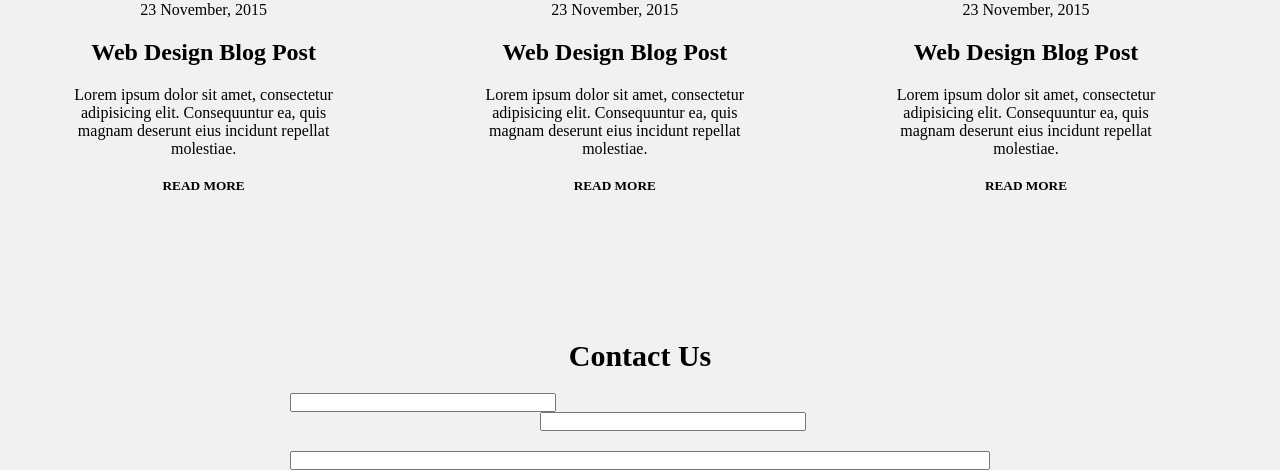
Repository: Ahmedalid/New-project
Page: Rout/index.html
The author's editor kept a copy of each file at every save. The page is drawn from the files as they stood at one save, then again after the next save.
The browser window is 1280 px wide. The pictures show the part of the page from y = 3461 to 3931 px (the page is 3931 px tall before and 3912 px after).
A picture or video elsewhere on the page could not be fetched, so the positions and the page height are approximate.

Above is the page before, as saved 2023-05-24 19:49:16.

### Rout/index.html
<!DOCTYPE html>
<html lang="en">

<head>
    <meta charset="UTF-8">
    <meta http-equiv="X-UA-Compatible" content="IE=edge">
    <meta name="viewport" content="width=device-width, initial-scale=1.0">
    <link rel="stylesheet" href="https://cdnjs.cloudflare.com/ajax/libs/font-awesome/6.4.0/css/all.min.css">
    <link rel="stylesheet" href="css/style.css">
    <title>Document</title>
</head>

<body>
    <div class="bg-img" style="background-image: url(img/slider-02.jpg);">

        <div class="container pt">
            <div class="header-nav logo-nav">
                <h2>Fokir</h2>
            </div>
            <div class="header-nav">
                <ul>
                    <li><span class="nav-home">Home</span></li>
                    <li>About</li>
                    <li>Services </li>
                    <li>Portfolio</li>
                    <li>Testimonial</li>
                    <li>Blog </li>
                    <li>Contact</li>


                </ul>

            </div>
        </div>
        <div class="auto container">
            <h4 class="mt">Hello i'm</h4>
            <h1 class="mt">ALEX SMITH</h1>
            <p class="mt">Professional Web DesignerDesignerDeveloper</p>
        </div>

    </div>
    <div class="section-mt">
        <div class="section-2 container ">
            <div class="element-1">
                <span>
                    <img src="img/work-7.jpg" alt="Work-7">
                </span>
            </div>
            <div class="element-1">
                <h1><span>I</span>HELLO,</h1>
                <p class="mt">
                    Lorem ipsum dolor sit amet, consectetur adipisicing elit, sed do eiusmod tempor incididunt ut labore
                    et dolore magna aliqua. Ut enim ad minim veniam, quis nostrud exercitation ullamco laboris nisi ut
                    aliquip ex ea commodo consequat. Duis aute irure dolor in reprehenderit in voluptate velit esse
                    cillum dolore eu fugiat nulla pariatur. Excepteur sint occaecat cupidatat non proident, sunt in
                    culpa qui officia deserunt mollit anim id est laborum.
                </p>
                <div class="mt border"> </div>
                <div class="Name mt">
                    <div class="mt">Name: Rdam smith</div>
                    <div class="mt">Age: 26 Year</div>
                    <div class="mt">Freelance: Available</div>
                </div>
                <div class="Name mt">
                    <div class="mt">Job Title: UI/UX Designe</div>
                    <div class="mt">Location: United States, US</div>
                    <div class="mt">E-mail: example@gmail.com</div>
                </div>
                <div class="mt">
                    <button class="btn">Download CV <span><i class="fa fa-download"
                                aria-hidden="true"></i></span></button>

                    <button class="btn">Hire My <span><i class="fa fa-paper-plane"
                                aria-hidden="true"></i></span></button>
                </div>


            </div>
        </div>
    </div>
    <!-- section-3 -->
    <div class="section-bg">
        <section class="section-mt  ">
            <h1 class="pt">Our Services</h1>
            <div class="mt ">
                <div class="Services text-center">
                    <span class="mt"><i class="fa-solid fa-pen text-color"></i></span>
                    <h2 class="mt">UI/UX DESIGN</h2>
                    <p class="mt"> Lorem ipsum dolor sit amet, consectetur adipisicing elit. Ratione adipisci mollitia
                        quis
                        necstatibus.</p>
                </div>
                <div class="Services text-center">
                    <span class="mt"><i class="fa-solid fa-pen text-color"></i></span>
                    <h2 class="mt">APP DEVELOPMENT</h2>
                    <p class="mt"> Lorem ipsum dolor sit amet, consectetur adipisicing elit. Ratione adipisci mollitia
                        quis
                        necstatibus.</p>
                </div>
                <div class="Services text-center">
                    <span class="mt"><i class="fa-solid fa-pen text-color"></i></span>
                    <h2 class="mt">PRODUCT DESIGN</h2>
                    <p class="mt"> Lorem ipsum dolor sit amet, consectetur adipisicing elit. Ratione adipisci mollitia
                        quis
                        necstatibus.</p>
                </div>
                <div class="Services text-center">
                    <span class="mt"><i class="fa-solid fa-pen text-color"></i></span>
                    <h2 class="mt">UI/UX DESIGN</h2>
                    <p class="mt"> Lorem ipsum dolor sit amet, consectetur adipisicing elit. Ratione adipisci mollitia
                        quis
                        necstatibus.</p>
                </div>

            </div>
        </section>
    </div>
    <!-- section-4 -->
    <div class="">
        <section class="section-mt  ">
            <h1 class="pt">Our Portfolio</h1>
            <div class="text-center">
                <p class="p-Our">All</p>
                <p class="p-Our">GRAPHIC</p>
                <p class="p-Our">WEB DESIGN</p>
                <p class="p-Our">PRADNIG</p>
            </div>
            <div class="mt container">
                <div class="Portfolio text-center">
                    <span>
                        <img src="img/1.jpg" alt="">
                    </span>
                </div>
                <div class="Portfolio text-center">
                    <span>
                        <img src="img/2.jpg" alt="">
                    </span>
                </div>
                <div class="Portfolio text-center">
                    <span>
                        <img src="img/3.jpg" alt="">
                    </span>
                </div>
                <div class="Portfolio text-center">
                    <img src="img/5.jpg" alt="">
                </div>
                <div class="Portfolio text-center">
                    <img src="img/4.jpg" alt="">
                </div>
                <div class="Portfolio text-center">
                    <img src="img/6.jpg" alt="">
                </div>

            </div>
        </section>
    </div>

    <div class="section-bg">
        <section class="section-mt  ">
            <div class="mt ">
                <div class="Services text-center">
                    <span class="mt"><i class="fa-solid fa-pen text-color"></i></span>
                    <h2 class="mt">7</h2>
                    <p class="mt">Lorem, ipsum dolor.</p>
                </div>
                <div class="Services text-center">
                    <span class="mt"><i class="fa-solid fa-pen text-color"></i></span>
                    <h2 class="mt">9</h2>
                    <p class="mt"> Lorem ipsum dolor sit..</p>
                </div>
                <div class="Services text-center">
                    <span class="mt"><i class="fa-solid fa-pen text-color"></i></span>
                    <h2 class="mt">5</h2>
                    <p class="mt">Lorem ipsum dolor sit..</p>
                </div>
                <div class="Services text-center">
                    <span class="mt"><i class="fa-solid fa-pen text-color"></i></span>
                    <h2 class="mt">7</h2>
                    <p class="mt"> Lorem, ipsum dolor.</p>
                </div>

            </div>
        </section>
    </div>
    <section class="section-mt">
        <h1 class="text-center">Client's Feedback</h1>
        <div class="text-center mt">
            <img src="img/2 (1).jpg" alt="" class="w-3">
        </div>
    </section>
    <div class="section-bg">
        <section class="section-mt  ">
            <h1 class="pt">Our Blog</h1>
            <div class="mt ">
                <div class="Blog text-center">
                    <span class="mt">
                        <img src="img/1 (1).jpg" alt="">
                    </span>
                    <p class="mt">23 November, 2015</p>
                    <h2 class="mt"> Web Design Blog Post </h2>
                    <p class="mt">Lorem ipsum dolor sit amet, consectetur adipisicing elit. Consequuntur ea, quis magnam deserunt
                        eius incidunt repellat molestiae.</p>
                        <h5 class="mt">READ MORE </h5>


                </div>
                <div class="Blog text-center">
                    <span class="mt">
                        <img src="img/1 (1).jpg" alt="">
                    </span>
                    <p class="mt">23 November, 2015</p>
                    <h2 class="mt"> Web Design Blog Post </h2>
                    <p class="mt">Lorem ipsum dolor sit amet, consectetur adipisicing elit. Consequuntur ea, quis magnam deserunt
                        eius incidunt repellat molestiae.</p>
                        <h5 class="mt">READ MORE </h5>


                </div>
                <div class="Blog text-center">
                    <span class="mt">
                        <img src="img/1 (1).jpg" alt="">
                    </span>
                    <p class="mt">23 November, 2015</p>
                    <h2 class="mt"> Web Design Blog Post </h2>
                    <p class="mt">Lorem ipsum dolor sit amet, consectetur adipisicing elit. Consequuntur ea, quis magnam deserunt
                        eius incidunt repellat molestiae.</p>
                        <h5 class="mt">READ MORE </h5>


                </div>



            </div>
        </section>
        <section class="section-mt">
            <div class="text-center">
                <h1>Contact Us</h1>

            </div>
            <div class="Contact">
                <div class="mt">
                    <input type="text" class="w-5" name="" id="">
                <input type="text" name="" id="" class="w-5 input-l">
                <input type="text" class="w-10 mt" name="" id="">
                </div>
            </div>
        </section>
    </div>
</body>

</html>

### Rout/css/style.css
*{
    margin: 0;
    padding: 0;
    box-sizing: border-box;
}
.container{
    margin: auto 111px;
}
.bg-img{
    background-repeat: no-repeat;
    background-size: cover;
    height: 100vh;
}
.header-nav{
    display: inline-block;
    width: 49%;
    color: white;
}
.pt{
    padding-top: 25px;
}
.mt{
    margin-top: 20px;
}
.logo-nav h2{
    color: #ff305b;
    font-weight: bold;
    cursor: pointer;
    transition: 1.5s;
}
.logo-nav h2:hover{
    text-decoration: underline;
}
.header-nav ul li{
    display: inline-block;
    padding-left: 17px;
}
.nav-home{
    color: #ff305b;
}
.header-nav ul li:hover{
    text-decoration: underline;
    color: #ff305b;
    cursor: pointer;
}
.auto{
    /* margin: auto; */
    padding-top: 230px;
    color: white;
    text-align: center;
    font-weight: bold;
}
.element-1{
    display: inline-block;
    width: 49%;
    vertical-align: top;
}
.element-1 h1 span{
    color: #ff305b;
}
.border{
    border: dotted 1px black;
}
.Name{
    display: inline-block;
    width: 48%;
}
.section-mt{
    margin-top: 30px;
}
.btn{
    border: none;
    outline: none;
    background-color: #ff305b;
    color: white;
    padding: 12px;
    border-radius: 10px;
    cursor: pointer;
    transition: 0.5s;
}
.btn:hover{
    background-color: #ec2403;
}
.btn span i{
    margin-left: 7px;
}
.section-mt h1{
    text-align: center;
    font-size: 30px;
    font-weight: bold;
    padding-top: 100px;
}
.section-bg{
    background-color: #f1f1f1;

}
.Services{
    margin: auto 50px;
    display: inline-block;
    width: 15%;
    padding: 15px;
    cursor: pointer;
    transition: width 2s;
}
.text-color{
    color: #ff305b;
}
.text-center{
    text-align: center;
}
.Services:hover{
    background-color: white;
    width: 20%;

}

.Portfolio{
    /* margin: auto 50px; */
    display: inline-block;
    width: 33%;
    /* padding: 15px; */
    cursor: pointer;
    transition: width 2s;
}
img{
    width: 100%;
}
.p-Our{
    display: inline-block;
    text-align: center;
    margin-top: 15px;
    padding-left: 20px;
    transition: all 0.5s;
    cursor: pointer;
}
.p-Our:hover{
    border-bottom: 1px solid #ff305b;
}
.w-3{
    width: 30%;
}
.Blog{
    margin: auto 50px;
    display: inline-block;
    width: 24%;
    padding: 15px;
    cursor: pointer;
    transition: width 2s;
}
.Contact{
    margin: auto 290px;
}
.w-5{
    width: 38%;
}
.w-10{
    width: 100%;
}
.input-l{
    margin-left: 250px;
}

After the next save:
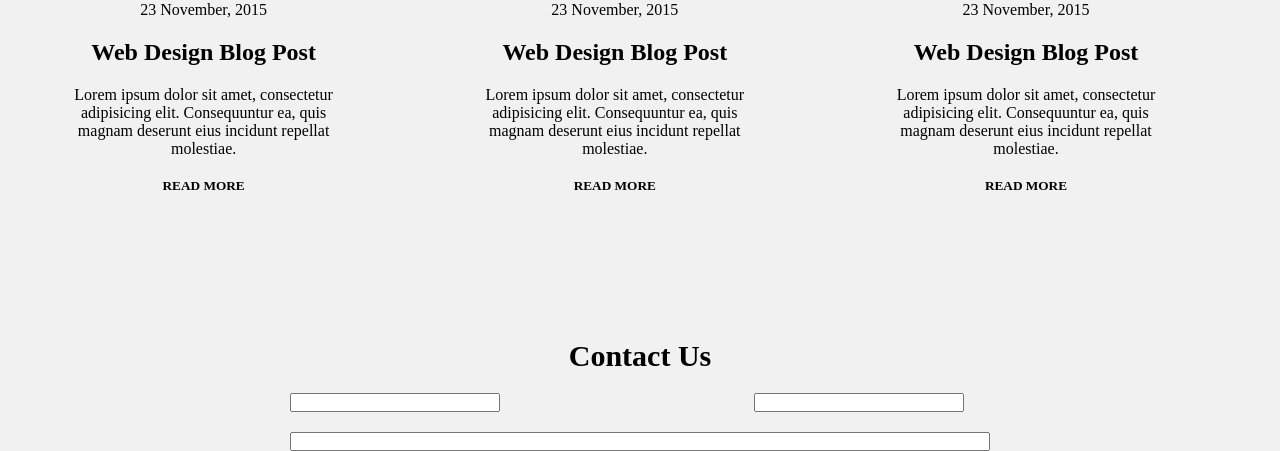
Saved 5 s later.
--- a/Rout/css/style.css
+++ b/Rout/css/style.css
@@ -151,7 +151,7 @@
     margin: auto 290px;
 }
 .w-5{
-    width: 38%;
+    width: 30%;
 }
 .w-10{
     width: 100%;

After the save that followed:
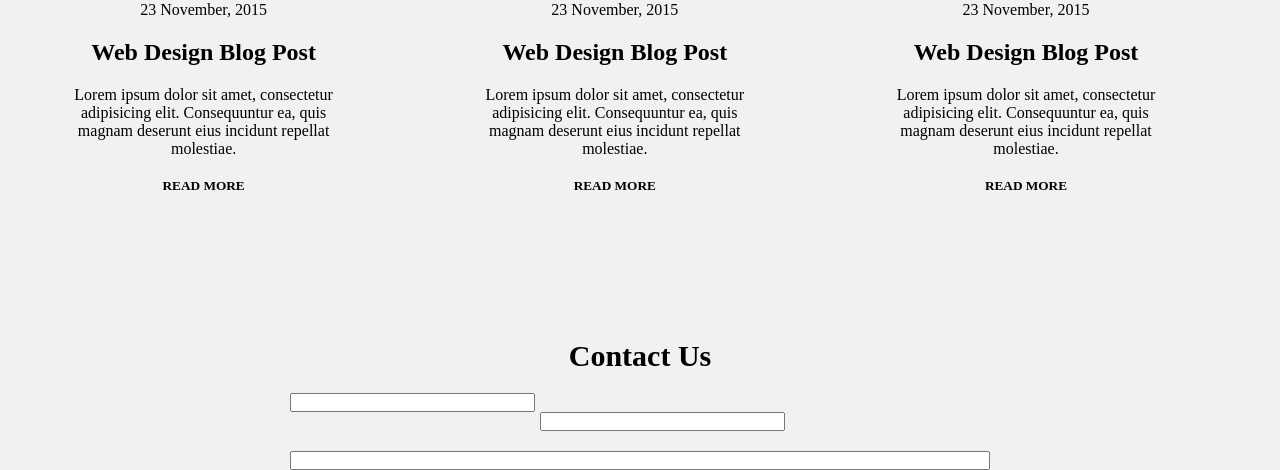
Saved 7 s later.
--- a/Rout/css/style.css
+++ b/Rout/css/style.css
@@ -151,7 +151,7 @@
     margin: auto 290px;
 }
 .w-5{
-    width: 30%;
+    width: 35%;
 }
 .w-10{
     width: 100%;
